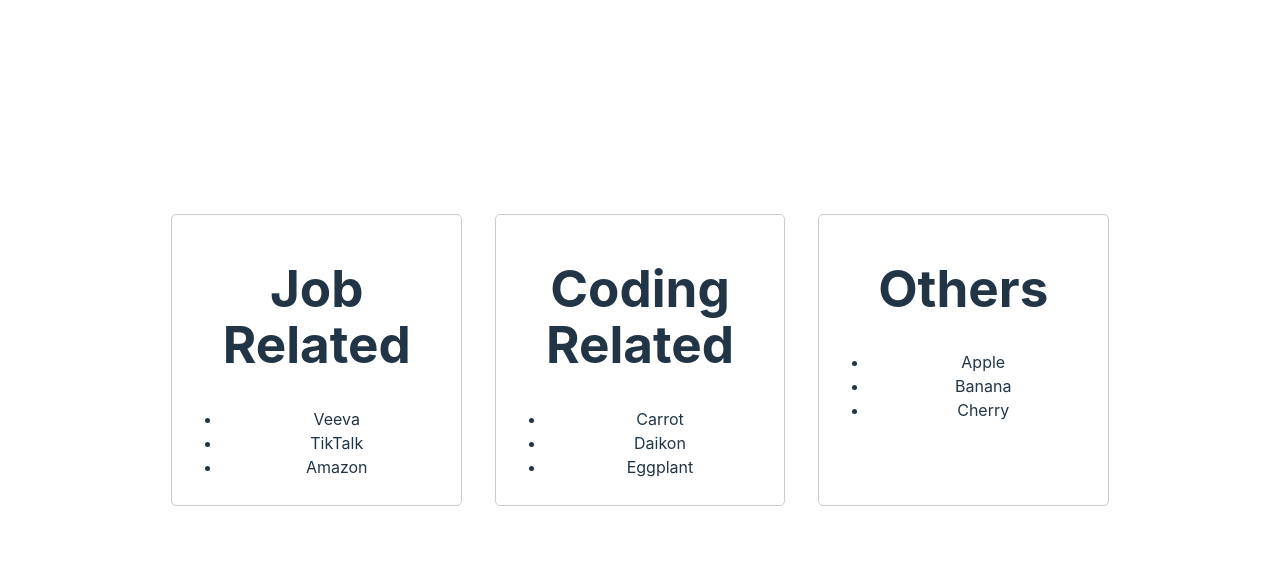
Repository: UofS-Jinhua/MyWebApp
Page: /
An editor plug-in stored every save of this project. The page is shown before and after the next save, followed by the edit.
The browser window is 1280 px wide. The pictures show the whole page.
The project was rebuilt for these pictures with package versions that can differ from the ones it lists, and the page was loaded fresh each time. Also part of the build but not shown: vite.config.js.

Above is the page before, as saved 2024-10-23 12:57:10.

### src/App.jsx
// import { useState } from "react";
import "./App.css";
import Category from "./components/Category";

function App() {
  return (
    <div className="categories-container">
      <Category
        c_name="Job Related"
        contents={["Veeva", "TikTalk", "Amazon"]}
      />
      <Category
        c_name="Coding Related"
        contents={["Carrot", "Daikon", "Eggplant"]}
      />

      <Category c_name="Others" contents={["Apple", "Banana", "Cherry"]} />
    </div>
  );
}

export default App;

### src/App.css
#root {
  max-width: 1280px;
  margin: 0 auto;
  padding: 2rem;
  text-align: center;
}

.categories-container {
  display: flex;
  justify-content: space-around;
}

.categories-container > div {
  margin: 10px;
  padding: 10px;
  border: 1px solid #ccc;
  border-radius: 5px;
  width: 30%;
  box-sizing: border-box;
}

### src/components/Category.jsx
import { useState } from "react";

export default function Category({ c_name, contents }) {
  const [cur_contents, set_cur_contents] = useState(contents);

  function addContent() {
    const new_content = prompt("Enter new content:");
    set_cur_contents([...cur_contents, new_content]);
  }

  return (
    <div>
      <h1>{c_name}</h1>
      <ul>
        {cur_contents.map((content, index) => (
          <li key={index}>{content}</li>
        ))}
      </ul>
    </div>
  );
}

Loaded but not shown: index.html (common file); src/main.jsx (common file); src/index.css (common file)

After the next save:
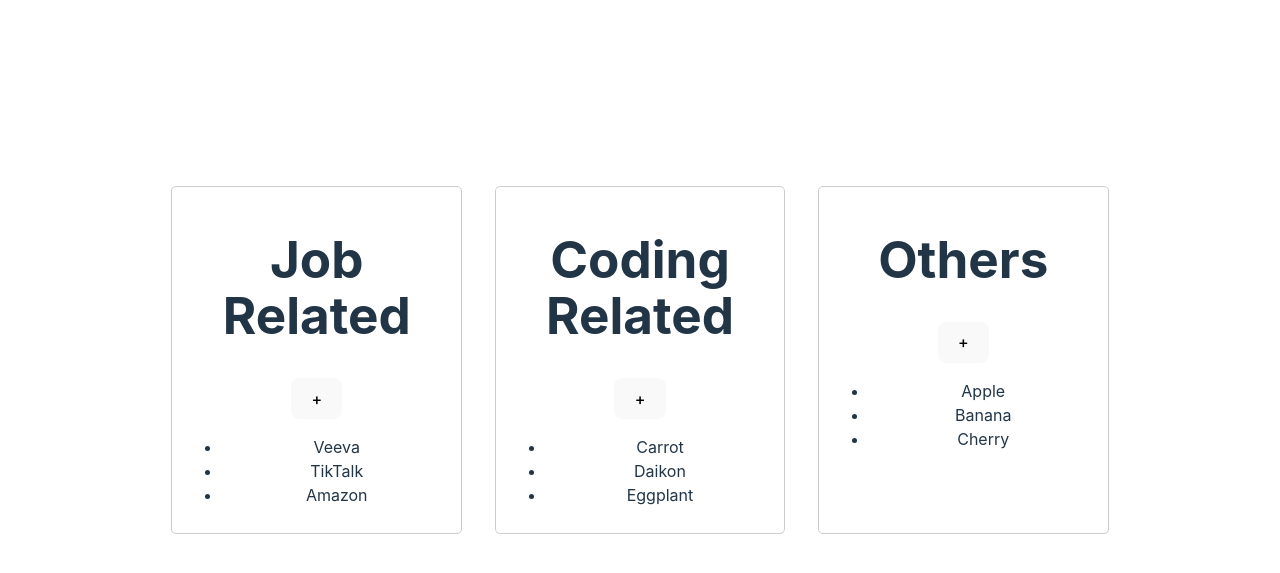
Saved 2 min 21 s later.
--- a/src/components/Category.jsx
+++ b/src/components/Category.jsx
@@ -9,8 +9,13 @@
   }
 
   return (
-    <div>
-      <h1>{c_name}</h1>
+    <div className="category">
+      <div className="category-header">
+        <h1>{c_name}</h1>
+        <button className="add-button" onClick={addContent}>
+          +
+        </button>
+      </div>
       <ul>
         {cur_contents.map((content, index) => (
           <li key={index}>{content}</li>
